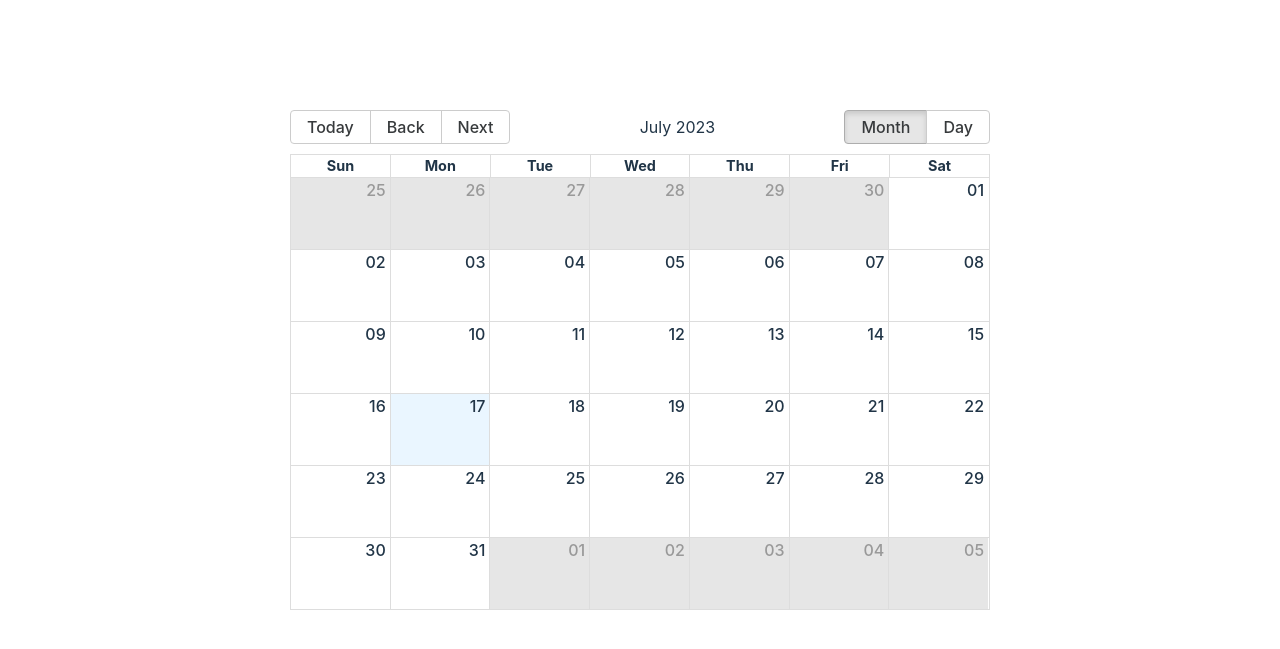
Repository: TetianaMishatkina/Calories-diary
Page: /
The author's editor kept a copy of each file at every save. The page is drawn from the files as they stood at one save, then again after the next save.
The browser window is 1280 px wide. The pictures show the whole page.
The project was rebuilt for these pictures with package versions that can differ from the ones it lists, and the page was loaded fresh each time. Also part of the build but not shown: vite.config.js.

Above is the page before, as saved 2023-07-18 16:07:28.

After the next save:
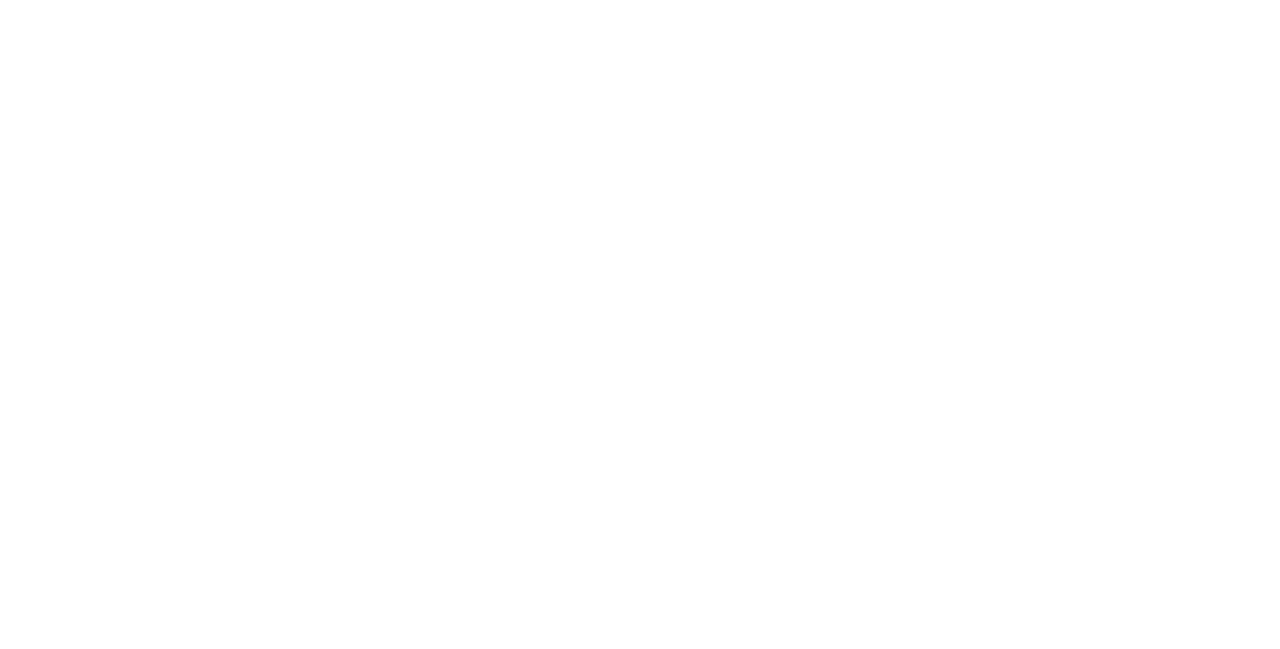
Console error: ReferenceError: Modal is not defined
Saved 7 s later.
--- a/src/calendar/index.jsx
+++ b/src/calendar/index.jsx
@@ -1,9 +1,9 @@
 import React, { useState } from 'react'
 import { momentLocalizer } from 'react-big-calendar'
-import { Modal } from "@material-ui/core";
+
 import moment from 'moment'
 import "react-big-calendar/lib/css/react-big-calendar.css";
-import { StyledCalendar } from "./styled"
+import { StyledCalendar, StyledModal } from "./styled"
 
 
 const localizer = momentLocalizer(moment)

After the save that followed:
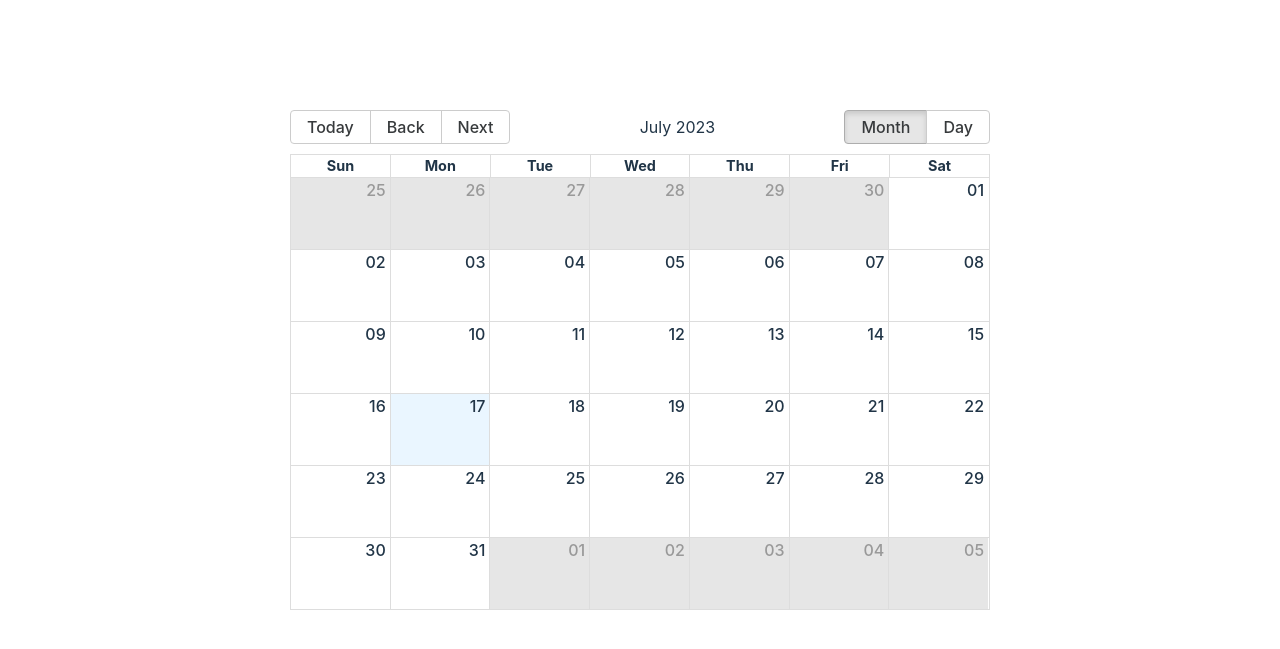
The error is gone.
Saved 6 s later.
--- a/src/calendar/index.jsx
+++ b/src/calendar/index.jsx
@@ -33,7 +33,7 @@ export const MyCalendar = (props) => {
                 onSelectSlot={handleSlotSelect}
                 selectable={true}
             />
-            <Modal
+            <StyledModal
                 open={open}
                 onClose={handleClose}>
 
@@ -41,7 +41,7 @@ export const MyCalendar = (props) => {
                     hello
                 </div>
 
-            </Modal>
+            </StyledModal>
         </div>
     )
 }
